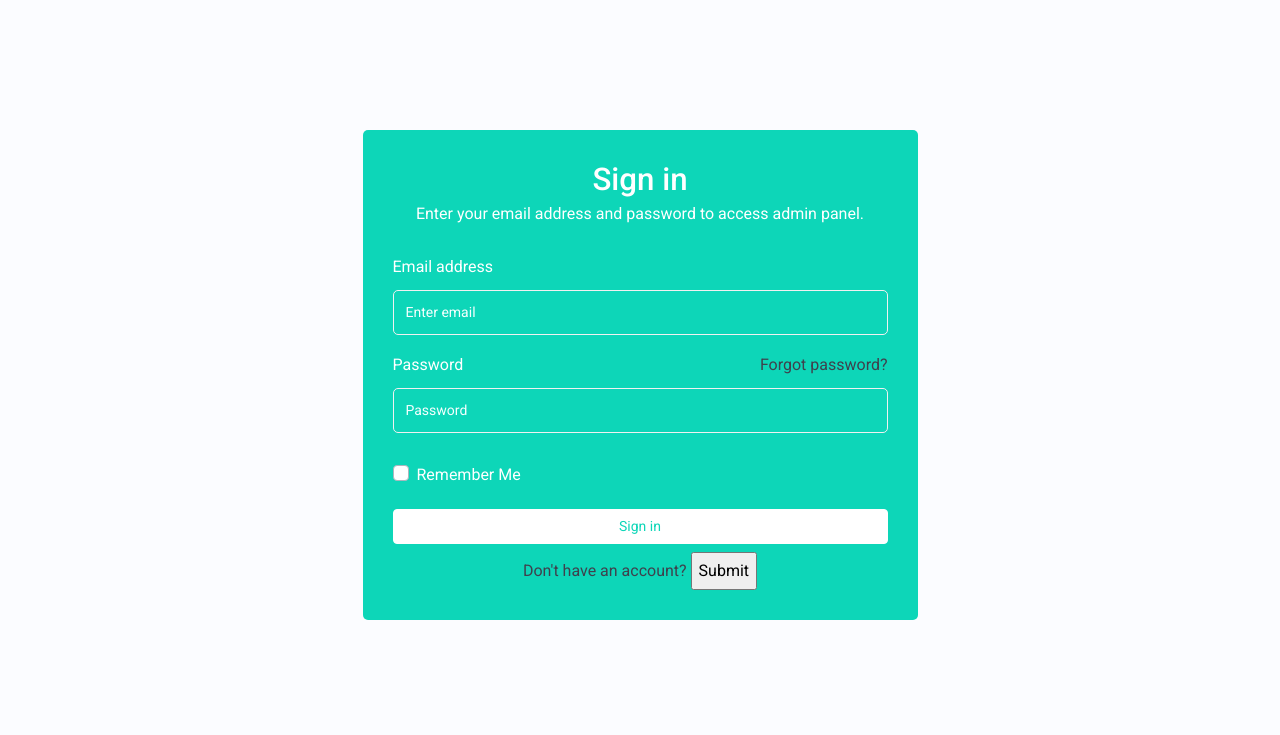
Repository: NguyenMinhToan003/cong_nghe_phan_men
Page: http://localhost/Web/view/dangnhap/dangnhap.jsp
The author's editor kept a copy of each file at every save. The page is drawn from the files as they stood at one save, then again after the next save.
The browser window is 1280 px wide. The pictures show the whole page.
The page is served by Tomcat 9.

Above is the page before, as saved 2024-05-30 09:31:27.

After the next save:
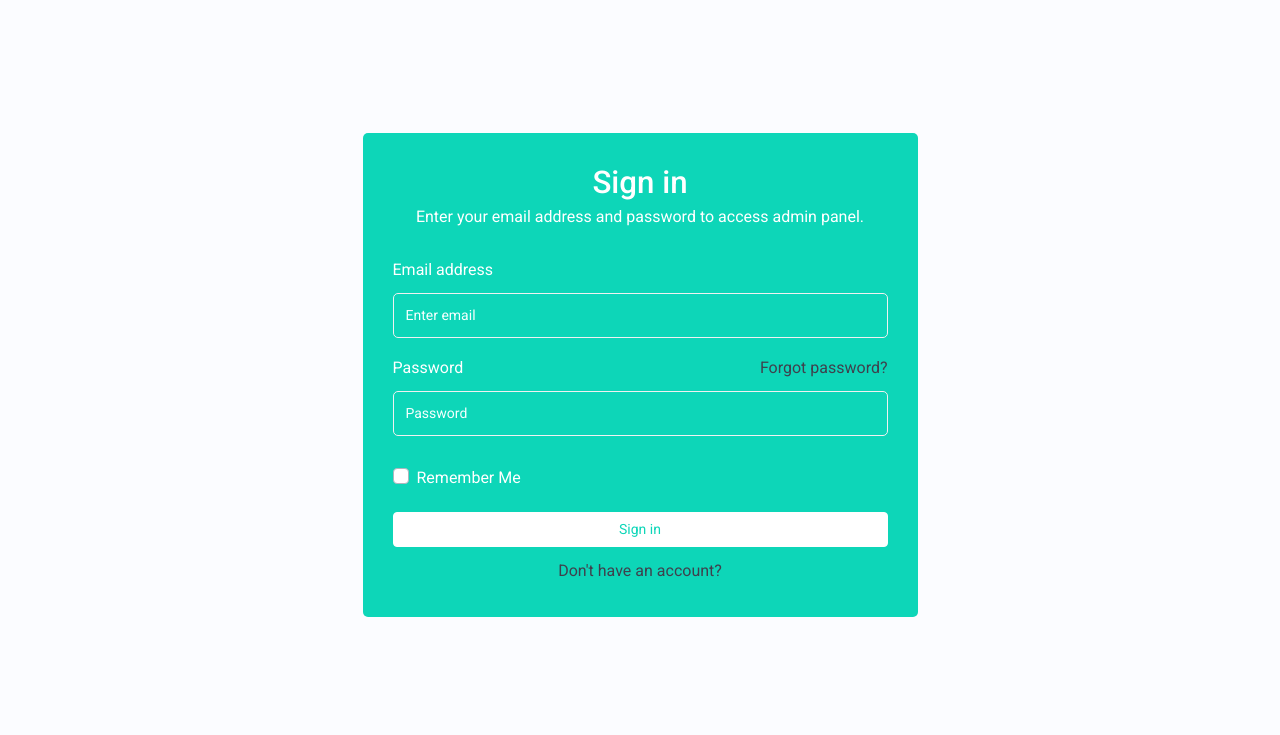
Saved 42 s later.
--- a/Web/WebContent/view/dangnhap/dangnhap.jsp
+++ b/Web/WebContent/view/dangnhap/dangnhap.jsp
@@ -81,7 +81,7 @@
 											<span
 												class="text-dark dark-color d-inline-block line-height-2"
 												>Don't have an account?
-												<input type="submit" value="Submit"></span
+												</span
 											>
 										</div>
 									</form>
